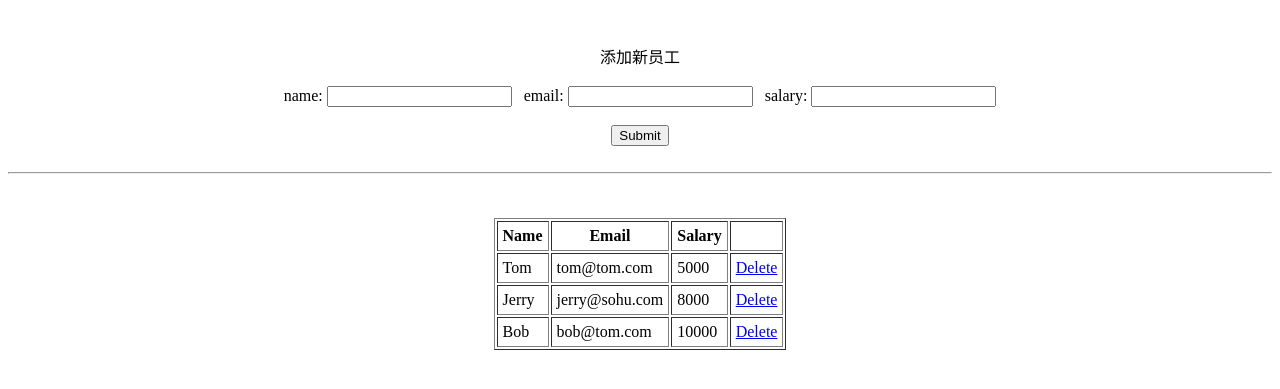
Repository: smilebingbing/java
Page: day0_0/WebContent/dom6.html
These files come from the project's save history. The page is drawn as it stood at one moment and after the next save; the edit follows.
The browser window is 1280 px wide. The pictures show the whole page.

Above is the page before, as saved 2016-10-13 06:21:43.

After the next save:
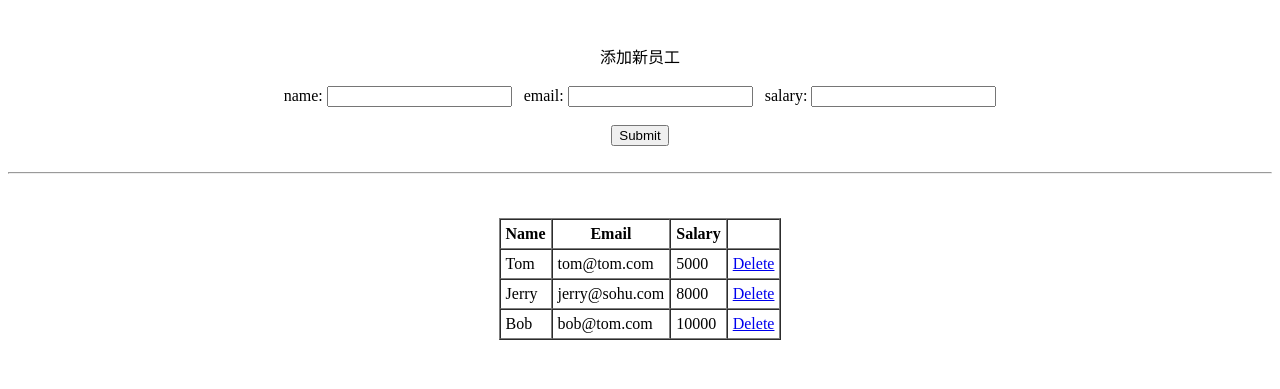
Console error: ReferenceError: aNodes is not defined
Saved 11 min 54 s later.
--- a/day0_0/WebContent/dom6.html
+++ b/day0_0/WebContent/dom6.html
@@ -21,6 +21,19 @@
  * 2. 利用1获取的文本值创建3个td节点，在创建一个tr节点.并把以上的3个td节点价位tr节点的子节点
  */
 
+ window.onload=function(){
+
+	 var aNode=document.getElementById("employeetable")
+	                   .getElementsByTagName("a");
+	 for(var i=0;i<aNodes.length;i++){
+		 aNode[i].onclick=function(){
+
+
+			 return false;
+		 }
+	 }
+ }
+
 
 </script>
 </head>
@@ -35,7 +48,7 @@
 		<br><br>
 		<hr>
 		<br><br>
-		<table id="employeetable" border="1" cellpadding="5" cellspacing="">
+		<table id="employeetable" border="1" cellpadding="5" cellspacing="0">
 			<tbody>
 				<tr>
 					<th>Name</th>
